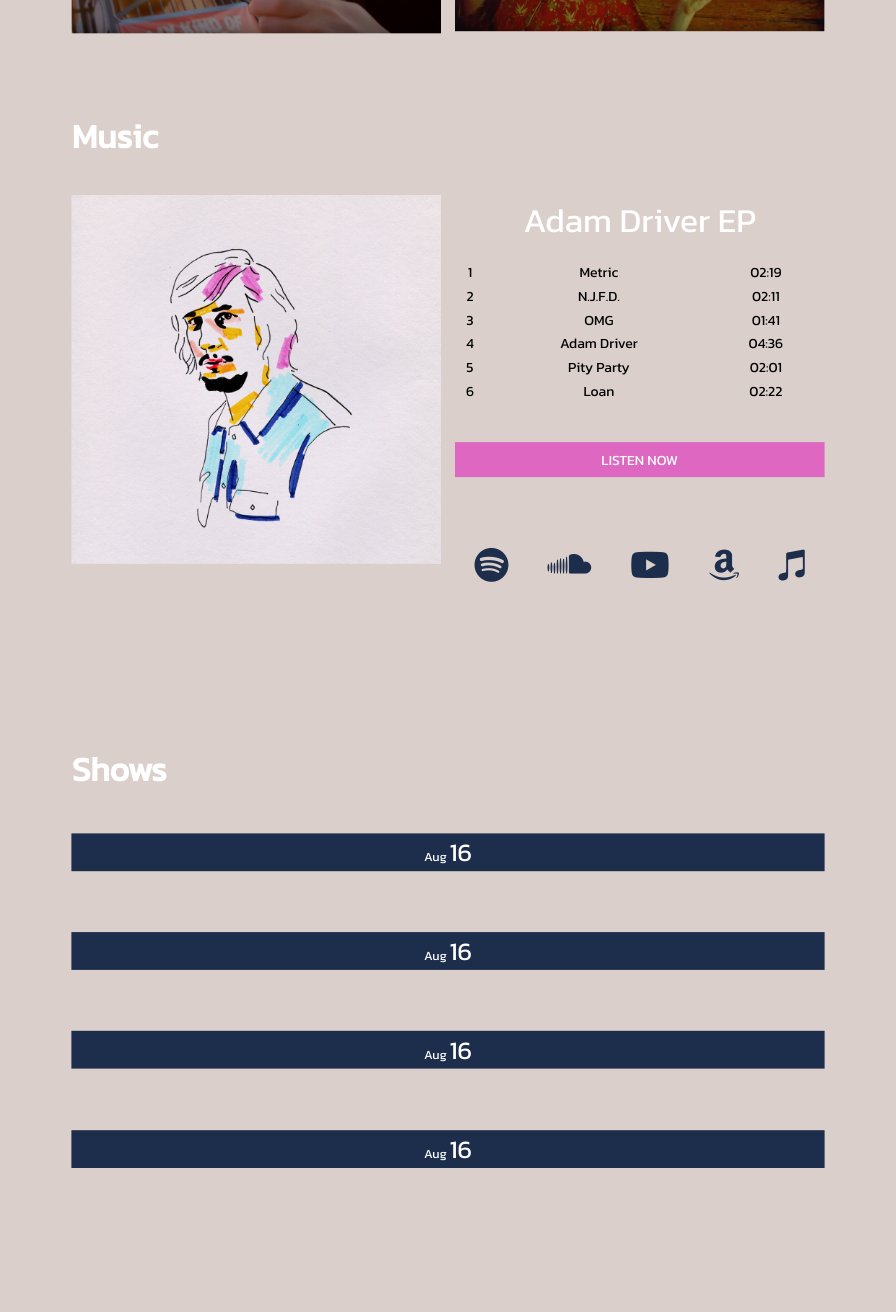
Repository: KrystellBarraza/SipperNYC
Page: index.html
These files come from the project's save history. The page is drawn as it stood at one moment and after the next save; the edit follows.
The browser window is 1280 px wide. The pictures show the part of the page from y = 1501 to 3421 px (the page is 3375 px tall before and 3421 px after), at 70% of full size.
Some web libraries are served in a nearby version.

Above is the page before, as saved 2019-08-26 15:30:16.

### index.html
<!DOCTYPE html>
    <head>
        <meta charset="utf-8">
        <meta http-equiv="X-UA-Compatible" content="IE=edge">
        <title>Sipper</title>
        <meta name="description" content="Wholesome and intrinsically delicate, SIPPER is an NYC based band who wants nothing more than to make you enjoy whatever they put out.">
        <meta name="viewport" content="width=device-width, initial-scale=1">
        <script src="https://kit.fontawesome.com/0942df55aa.js"></script>
        <script src="https://ajax.googleapis.com/ajax/libs/jquery/3.4.1/jquery.min.js"></script>
        <link rel="stylesheet" href="https://ajax.googleapis.com/ajax/libs/jqueryui/1.12.1/themes/smoothness/jquery-ui.css">
        <script src="https://ajax.googleapis.com/ajax/libs/jqueryui/1.12.1/jquery-ui.min.js"></script>
        <link href="https://fonts.googleapis.com/css?family=Kanit&display=swap" rel="stylesheet">
        <link rel="stylesheet" href="venobox/venoboxcopy.css" type="text/css" media="screen">
        <link rel="stylesheet" href="style.css">
    </head>
    <body>

        <div class="container-home">
            <div class="head">
                <header>
                    <h1><a href="index.html">Sipper</a></h1>

                    <div id="toggleText">
                        <p class="menuToggle Open placeHolder"></p>
                        <p class="menuToggle Close" style="color: #FFF;"></p>
                    </div>

                    <div id="menu">
                        <ul id="hiddenMenu">
                            <li><a href="#video">Video</a></li>
                            <li><a href="#music">Music</a></li>
                            <li><a href="#shows">Shows</a></li>
                            <li><a href="#about">About</a></li>
                        </ul>
                    </div>

                    <div class="inlineMenu">
                        <a href="#video">Video</a>
                        <a href="#music">Music</a>
                        <a href="#shows">Shows</a>
                        <a href="#about">About</a>
                    </div>

                </header>
            </div>

            <div id="menu-container"></div>

            <div class="menu">
                <div class="flexbox-nav">
                    <nav class="side-Nav">
                        <li><a href="#video">Video</a></li>
                        <li><a href="#music">Music</a></li>
                        <li><a href="#shows">Shows</a></li>
                        <li><a href="#about">About</a></li>
                    </nav>
                </div>
            </div>

            <div class="album">
                <img src="images/albumcover.jpg">
            </div>

            <div class="footer"></div>

        </div>


        <div class="container-video">
            <div class="head-video">
                <h1 id="video">Video</h1>
            </div>

            <div class="container video-a">
                <div class="content">
                    <a class="venobox" data-autoplay="true" data-vbtype="video" data-gall="myGallery" href="https://youtu.be/N3MalJX4Ll4">
                        <div class="content-overlay"></div>
                        <img class="content-image" src="images/AdamDriver.jpg" alt="Adam Driver">
                        <div class="content-details fadeIn-bottom">
                            <p class="content-title">Adam Driver</p>
                        </div>
                    </a>
                </div>
            </div>

            <div class="container video-b">
                <div class="content">
                    <a class="venobox" data-autoplay="true" data-vbtype="video" data-gall="myGallery" href="https://youtu.be/suzVxfuO1rU">
                        <div class="content-overlay"></div>
                        <img class="content-image" src="images/Metric.jpg" alt="Metric">
                        <div class="content-details fadeIn-top">
                            <p class="content-title">Metric</p>
                        </div>
                    </a>
                </div>
            </div>

            <div class="container video-c">
                <div class="content">
                    <a class="venobox" data-autoplay="true" data-vbtype="video" data-gall="myGallery" href="https://youtu.be/sNYNVeHuiyg">
                        <div class="content-overlay"></div>
                        <img class="content-image" src="images/NJFD.jpg" alt="N.J.F.D.">
                        <div class="content-details fadeIn-left">
                            <p class="content-title">N.J.F.D.</p>
                        </div>
                    </a>
                </div>
            </div>

            <div class="container video-d">
                <div class="content">
                    <a class="venobox" data-autoplay="true" data-vbtype="video" data-gall="myGallery" href="https://youtu.be/S9CmWtUvWd0">
                        <div class="content-overlay"></div>
                        <img class="content-image" src="images/OMG.jpg" alt="OMG">
                        <div class="content-details fadeIn-right">
                            <p class="content-title">OMG</p>
                        </div>
                    </a>
                </div>
            </div>

            <div class="footer-video"></div>

        </div>

        <div class="container-music">
            <div class="head-music">
                <h1 id="music">Music</h1>
            </div>

            <div class="ep">
                <img src="images/albumcover.jpg">
            </div>

            <div class="music-k">
                <p class="ep-title">Adam Driver EP</p>

                <table>
                    <tr>
                        <td>1</td>
                        <td>Metric</td>
                        <td>02:19</td>
                    </tr>
                    <tr>
                        <td>2</td>
                        <td>N.J.F.D.</td>
                        <td>02:11</td>
                    </tr>
                    <tr>
                        <td>3</td>
                        <td>OMG</td>
                        <td>01:41</td>
                    </tr>
                    <tr>
                        <td>4</td>
                        <td>Adam Driver</td>
                        <td>04:36</td>
                    </tr>
                    <tr>
                        <td>5</td>
                        <td>Pity Party</td>
                        <td>02:01<td>
                    </tr>
                    <tr>
                        <td>6</td>
                        <td>Loan</td>
                        <td>02:22</td>
                    </tr>
                </table>
            </div>

            <div class="music-j">
                <div class="listen">
                    <a href="https://levelmusic.lnk.to/AdamDriver_EP" target="_blank">Listen Now</a>
                </div>
            </div>

            <div class="fabIcons music-g">
                <a href="https://open.spotify.com/album/55qLPgpA8Q9fKp5JZo5pjp" target="_blank"><i class="fab fa-spotify"></i></a>
                <a href="https://soundcloud.com/invertebratemusic/sets/sipper-adam-driver-ep" target="_blank"><i class="fab fa-soundcloud"></i></a>
                <a href="https://www.youtube.com/channel/UC4grwiaSitqhA_vmRum_fdg/search?query=sipper" target="_blank"><i class="fab fa-youtube"></i></a>
                <a href="https://www.amazon.com/gp/product/B07QJBL8ZX/ref=dm_ws_sp_ps_dp" target="_blank"><i class="fab fa-amazon"></i></a>
                <a href="https://music.apple.com/us/album/1459355658?app=music" target="_blank"><i class="fab fa-itunes-note"></i></a>
            </div>

            <div class="footer-music"></div>

        </div>

        <div class="container-shows">
            <div class="head-shows">
                <h1 id="shows">Shows</h1>
            </div>

            <div class="shows-m">
                <div class="dates-container">
                    <div class="date">
                        <p style="color: #FFF;">Aug <span style="font-size: 36px;">16</span></p>
                    </div>
                </div>
            </div>


            <div class="shows-n">
                <div class="dates-container">
                    <div class="date">
                        <p style="color: #FFF;">Aug <span style="font-size: 36px;">16</span></p>
                    </div>
                </div>
            </div>


            <div class="shows-o">
                <div class="dates-container">
                    <div class="date">
                        <p style="color: #FFF;">Aug <span style="font-size: 36px;">16</span></p>
                    </div>
                </div>
            </div>


            <div class="shows-p">
                <div class="dates-container">
                    <div class="date">
                        <p style="color: #FFF;">Aug <span style="font-size: 36px;">16</span></p>
                    </div>
                </div>
            </div>


            <div class="footer-shows"></div>

        </div>

        <script src="app.js" async defer></script>
        <script src="venobox/venobox.mincopy.js" async defer></script>
    </body>
</html>

### style.css
* {
    box-sizing: border-box;
}

html {
    scroll-behavior: smooth;
}

body {
    margin: 0;
    background-color: #dacfca;
}

p, li {
    font-family: 'Kanit', sans-serif;
}

p {
    font-size: 18px;
}

h1 {
    font-family: 'Kanit', sans-serif;
    color: #fff;
    font-size: 48px;
}

a {
    text-decoration: none;
    color: #fff;
}

/* Header - Home */

.container-home {
    display: grid;
    grid-template-columns: repeat(12, 1fr);
    grid-template-rows: auto 2fr 1fr;
    grid-gap: 5px;
    grid-column-gap: 20px;
    padding-left: 8%;
    padding-right: 8%;
    grid-template-areas:
    "h h h h h h h h h h h h"
    "c c c c c c c c c m m m"
    "c c c c c c c c c m m m"
    "c c c c c c c c c m m m"
    "f f f f f f f f f f f f";
}

.head {
    grid-area: h;
}

.inlineMenu {
    font-family: 'Kanit', sans-serif;
    font-size: 22px;
    word-spacing: 1em;
    top: 16%;
    right: 10%;
    position: absolute;
}

@media (min-width: 566px) and (max-width: 569px) {
    .inlineMenu {
        top: 19.5%;
        word-spacing: .5em;
    }
}

/* Toggled Header Nav */

#toggleText {
    top: 5%;
    right: 10%;
    color: #fff;
    position: absolute;
    z-index: 10;
}

#menu-container {
    background-color: #1d2e4c;
    position: absolute;
    width: 100%;
    left: 0%;
    height: 100vh;
    z-index: 6;
}

#menu {
    background-color: #1d2e4c;
    position: absolute;
    top: 0%;
    left: 0%;
    width: 100%;
    height: 100vh;
    z-index: 7;
}

#hiddenMenu {
    position: absolute;
    top: 30%;
}

p.placeHolder {
    display: none;
}

p.Open:before {
    content: "Menu";
}

p.Close:before {
    content: "Close";
}

ul {
    list-style: none;
}

li {
    font-size: 44px;
    line-height: 46pt;
}

/* Toggled Menu Media Queries */

@media only screen and (max-width: 450px) {
    nav {
        visibility: hidden;
    }
}

@media only screen and (min-width: 450px) {
    #toggleText {
        visibility: hidden;
    }

    #menu {
        visibility: hidden;
    }

    #menu-container {
        visibility: hidden;
    }
}

/* Scrollbar */

::-webkit-scrollbar { width: 8px; }

::-webkit-scrollbar-track { color: transparent; }

::-webkit-scrollbar-thumb {
    background-color: rgba(000, 0, 0, 0.2);
    border-radius: 5px;
}

/* Menu */

.menu {
    grid-area: m;
}

.flexbox-nav {
    display: flex;
    align-items: flex-end;
    justify-content: flex-end;
    margin-top: 356px;
}

.side-nav {
    align-self: flex-end;
    margin-top: 30px;
}

nav > a {
    font-family: 'Kanit', sans-serif;
    color: #fff;
    font-size: 48px;
}

nav > li {
    list-style-type: none;
    padding: 0;
    margin: 0;
}

@media only screen and (max-width: 416px){
    .menu {
        display: none;
    }

    .container-home {
        display: grid;
        grid-template-columns: repeat(12, 1fr);
        grid-template-rows: auto 2fr 1fr;
        grid-gap: 5px;
        padding-left: 8%;
        padding-right: 8%;
        grid-template-areas:
        "h h h h h h h h h h h h"
        "c c c c c c c c c c c c"
        "c c c c c c c c c c c c"
        "c c c c c c c c c c c c"
        "f f f f f f f f f f f f";
    }

    .album > img {
        object-fit: contain;
        width: 100%;
    }

}

/* Inline Menu Queries */

@media only screen and (max-width: 416px) {
    .inlineMenu {
        display: none;
    }
}

@media only screen and (min-width: 766px){
    .inlineMenu {
        display: none;
    }
}

/* Mobile Landscape Queries */

@media (orientation: landscape) and (max-width: 766px) {
    .menu {
        display: none;
    }

    .container-home {
        display: grid;
        grid-template-columns: repeat(12, 1fr);
        grid-template-rows: auto 2fr 1fr;
        grid-gap: 5px;
        padding-left: 8%;
        padding-right: 8%;
        grid-template-areas:
        "h h h h h h h h h h h h"
        "c c c c c c c c c c c c"
        "c c c c c c c c c c c c"
        "c c c c c c c c c c c c"
        "f f f f f f f f f f f f";
    }

    .album > img {
        object-fit: contain;
        width: 100%;
    }
}

/* Album */

.album {
    grid-area: c;
}

.album > img {
    object-fit: contain;
    width: 100%;
    max-height: 600px;
}

.footer {
    grid-area: f;
    height: 70px;
}


/* Video */

.container-video {
    display: grid;
    grid-template-columns: repeat(12, 1fr);
    grid-template-rows: auto 1fr 1fr;
    grid-gap: 5px;
    grid-column-gap: 20px;
    padding-left: 8%;
    padding-right: 8%;
    grid-template-areas:
    "h h h h h h h h h h h h"
    "a a a a a a b b b b b b"
    "c c c c c c d d d d d d"
    "f f f f f f f f f f f f";
}

.head-video {
    grid-area: h;
}

.video-a {
    grid-area: a;
    justify-self: center;
}

.video-b {
    grid-area: b;
    justify-self: center;
}

.video-c {
    grid-area: c;
    justify-self: center;
}

.video-d {
    grid-area: d;
    justify-self: center;
}

.footer-video {
    grid-area: f;
    height: 70px;
}

.container .title {
    text-align: center;
}

.content {
    position: relative;
    width: 100%;
    max-width: 550px;
    overflow: hidden;
}

.content .content-overlay {
    background: rgba(0,0,0,0.7);
    position: absolute;
    height: 99%;
    width: 100%;
    opacity: 0;
    -webkit-transition: all 0.4s ease-in-out 0s;
    -moz-transition: all 0.4s ease-in-out 0s;
    transition: all 0.4s ease-in-out 0s;
}

.content:hover .content-overlay {
    opacity: 1;
}

.content-image {
    width: 100%;
}

.content-details {
    position: absolute;
    text-align: center;
    padding-left: 1em;
    padding-right: 1em;
    width: 100%;
    top: 50%;
    left: 50%;
    opacity: 0;
    -webkit-transform: translate(-50%, -50%);
    -moz-transform: translate(-50%, -50%);
    transform: translate(-50%, -50%);
    -webkit-transition: all 0.3s ease-in-out 0s;
    -moz-transition: all 0.3s ease-in-out 0s;
    transition: all 0.3s ease-in-out 0s;
}

.content:hover .content-details {
    top: 50%;
    left: 50%;
    opacity: 1;
}

.content-details p {
    color: #fff;
    font-weight: 500;
    letter-spacing: 0.15em;
    margin-bottom: 0.5em;
    font-size: 0.8em;
    text-transform: uppercase;
}

.fadeIn-bottom {
    top: 80%;
}

.fadeIn-top {
    top: 20%;
}

.fadeIn-left {
    left: 20%;
}

.fadeIn-right {
    left: 80%;
}

@media only screen and (max-width: 416px){
    .container-video {
        display: grid;
        grid-template-columns: repeat(12, 1fr);
        grid-template-rows: auto 1fr 1fr;
        grid-gap: 5px;
        padding-left: 8%;
        padding-right: 8%;
        grid-template-areas:
        "h h h h h h h h h h h h"
        "a a a a a a a a a a a a"
        "b b b b b b b b b b b b"
        "c c c c c c c c c c c c"
        "d d d d d d d d d d d d"
        "f f f f f f f f f f f f";
    }

    .footer-video {
        display: none;
    }
}

/* Music */

.container-music {
    display: grid;
    grid-template-columns: repeat(12, 1fr);
    grid-template-rows: repeat(6, 1fr);
    grid-gap: 5px;
    grid-column-gap: 20px;
    padding-left: 8%;
    padding-right: 8%;
    grid-template-areas:
    "h h h h h h h h h h h h"
    "e e e e e e k k k k k k"
    "e e e e e e k k k k k k"
    "e e e e e e j j j j j j"
    "e e e e e e g g g g g g"
    "f f f f f f f f f f f f";
}

.head-music {
    grid-area: h;
}

.footer-music {
    grid-area: f;
    height: 70px;
}

.ep {
    grid-area: e;
}

.ep > img {
    object-fit: contain;
    width: 100%;
    max-height: 600px;
}

.music-k {
    grid-area: k;
}

.music-k > .ep-title {
    object-fit: contain;
    text-align: center;
    font-size: 48px;
    color: #fff;
    margin: 0;
    width: 100%;
}

.music-k > table {
    font-family: 'Kanit', sans-serif;
    object-fit: contain;
    text-align: center;
    padding-top: 20px;
    border: 0;
    font-size: 20px;
    width: 100%;
}

.music-g {
    grid-area: g;
    align-items: center;
}

.fabIcons {
    display: flex;
    justify-content: space-around;
}

i {
    font-family:'FontAwesome';
    font-size: 50px;
    color: #1d2e4c;
    transition: 0.5s;
}

i.fab:hover {
    color: #3a527c;
}

.music-j {
    grid-area: j;
    align-items: center;
}

.listen {
    margin-top: 50px;
    display: flex;
    justify-content: space-around;
    background: #de68c1;
    font-family: 'Kanit', sans-serif;
    text-transform: uppercase;
    text-align: center;
    align-items: center;
    height: 50px;
    font-size: 1.25em;
    -webkit-transition: 0.5s;
    transition: 0.5s;
    border: none;
}

.listen:hover {
    background: #e794ce;
}

@media only screen and (max-width: 376px) {
    i {
        font-size: 40px;
    }
}

@media screen and (max-width: 824px) {
    .music-k > .ep-title {
        font-size: 36px;
        text-align: center;
    }

    i {
        font-size: 36px;
    }

    .container-music {
        display: grid;
        grid-template-columns: repeat(12, 1fr);
        grid-template-rows: 1fr 1fr 1fr auto;
        grid-gap: 5px;
        grid-column-gap: 20px;
        padding-left: 8%;
        padding-right: 8%;
        grid-template-areas:
        "h h h h h h h h h h h h"
        "e e e e e e k k k k k k"
        "e e e e e e k k k k k k"
        "g g g g g g j j j j j j"
        "f f f f f f f f f f f f";
    }

    .listen {
        margin-top: 10px;
    }

    .fabIcons {
        margin-top: 10px;
    }
}

@media (orientation: landscape) and (max-width: 668px) {
    .music-k > .ep-title {
        font-size: 25px;
    }

    .music-k > table {
        font-size: 14px;
        width: 100%;
        text-align: center;
    }

    .listen {
        margin-top: 0;
    }

    .fabIcons {
        margin-top: 0;
    }
}

@media only screen and (max-width: 416px) {
    .container-music {
        display: grid;
        grid-template-columns: repeat(12, 1fr);
        grid-template-rows: 1fr auto;
        grid-gap: 5px;
        grid-column-gap: 20px;
        padding-left: 8%;
        padding-right: 8%;
        grid-template-areas:
        "h h h h h h h h h h h h"
        "e e e e e e e e e e e e"
        "e e e e e e e e e e e e"
        "k k k k k k k k k k k k"
        "k k k k k k k k k k k k"
        "j j j j j j j j j j j j"
        "g g g g g g g g g g g g"
        "f f f f f f f f f f f f";
    }

    .music-k > table {
        font-size: 16px;
        width: 100%;
        text-align: center;
    }

    .music-k > .ep-title {
        font-size: 36px;
        text-align: center;
    }

    .listen {
        margin-top: 20px;
    }

    .music-g {
        margin-top: 25px;
        margin-bottom: 25px;
    }

    .footer-music {
        display: none;
    }

}

/* Shows */

.container-shows {
    display: grid;
    grid-template-columns: repeat(12, 1fr);
    grid-template-rows: repeat(6, 1fr);
    grid-gap: 5px;
    grid-column-gap: 20px;
    padding-left: 8%;
    padding-right: 8%;
    grid-template-areas:
    "h h h h h h h h h h h h"
    "m m m m m m m m m m m m"
    "n n n n n n n n n n n n"
    "o o o o o o o o o o o o"
    "p p p p p p p p p p p p"
    "f f f f f f f f f f f f";
}

.head-shows {
    grid-area: h;
}

.shows-m {
    grid-area: m;
}

.shows-n {
    grid-area: n;
}

.shows-o {
    grid-area: o;
}

.shows-p {
    grid-area: p;
}

.footer-shows {
    grid-area: f;
    height: 70px;
}

.dates-container {
    background-color: rgba(255, 255, 255, 0.37);
    transition: 0.5s;
}

.dates-container:hover {
    background-color: rgba(255, 255, 255, 0.568);
}

.date {
    background-color: #1d2e4c;
    text-align: center;
}

### app.js
$(document).ready(() => {
    $('#toggleText').click(() => {
      $('.menuToggle').toggleClass('placeHolder');
      $('#menu').toggle('slide',{direction:'up'}, 1000);
      $('#menu-container').toggle('fade',{direction: 'down'}, 500);
    });
  });

  $(document).ready(function(){
    $('.venobox').venobox({
        spinner:'three bounce',
        closeBackground: 'transparent'
    });
});

Loaded but not shown: venobox/venoboxcopy.css (common file); venobox/venobox.mincopy.js (library)

After the next save:
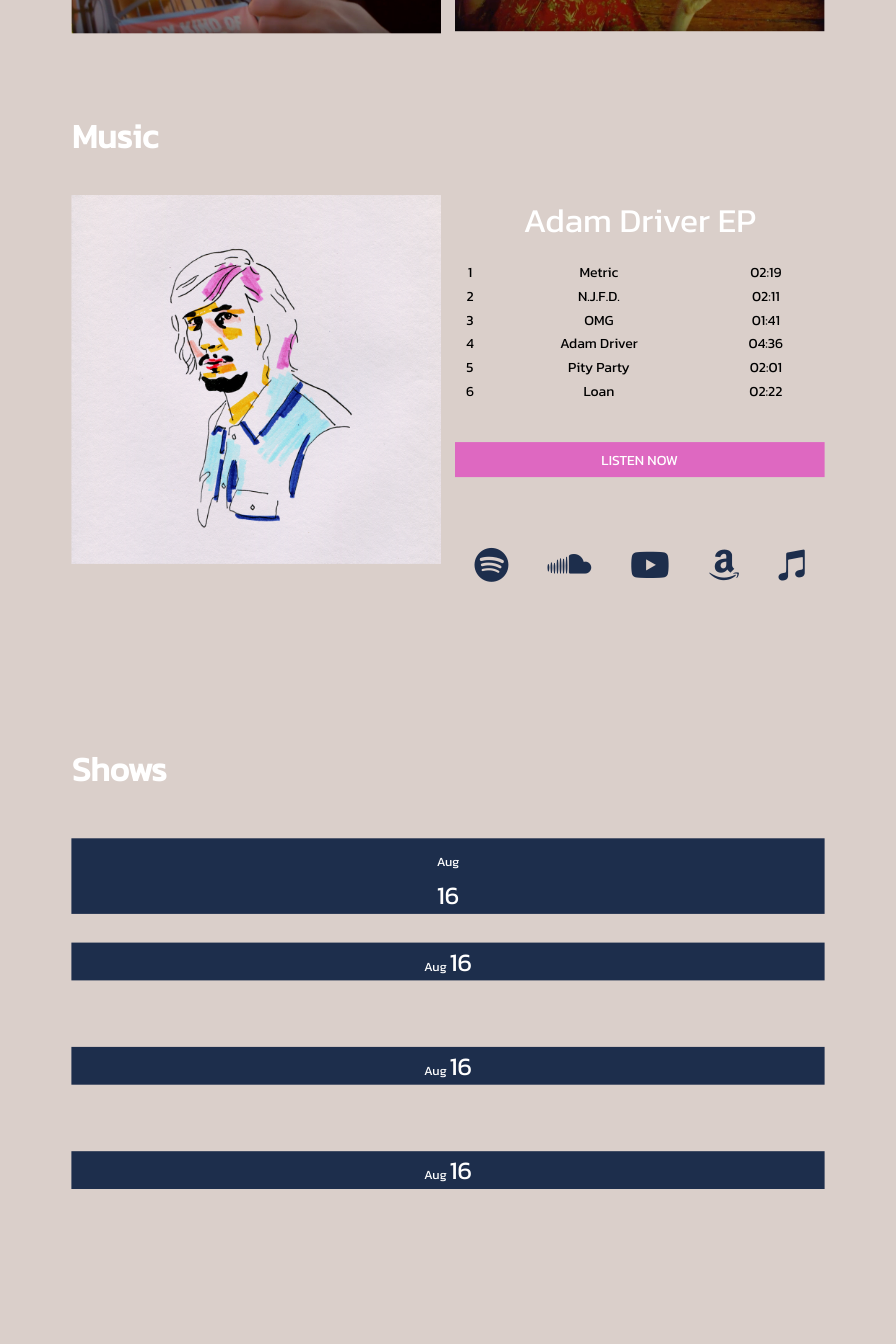
Saved 57 s later.
--- a/index.html
+++ b/index.html
@@ -195,7 +195,7 @@
             <div class="shows-m">
                 <div class="dates-container">
                     <div class="date">
-                        <p style="color: #FFF;">Aug <span style="font-size: 36px;">16</span></p>
+                        <p style="color: #FFF;">Aug <span style="font-size: 36px;"><br>16</span></p>
                     </div>
                 </div>
             </div>
